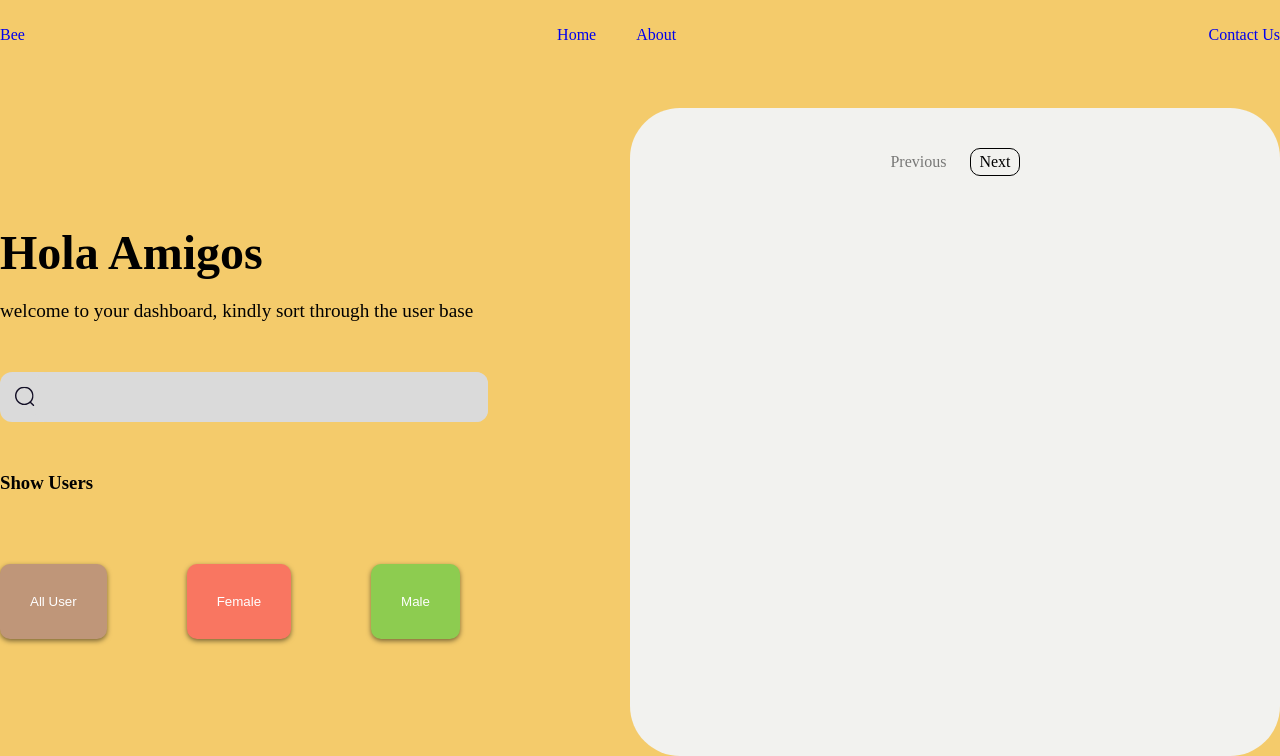
Repository: ble-syn/Random-user-generator-app
Page: /
These files come from the project's save history. The page is drawn as it stood at one moment and after the next save; the edit follows.
The browser window is 1280 px wide. The pictures show the whole page.
The page's requests for data from a server got no answer. The project was rebuilt for these pictures with package versions that can differ from the ones it lists, and the page was loaded fresh each time. No one was signed in, and anything a server would have sent is missing. Also part of the build but not shown: src/components/ErrorBoundaries.jsx, src/pages/About.jsx, src/pages/Policy.jsx, src/pages/Terms.jsx, src/pages/Contact.jsx, src/pages/NotFound.jsx.

Above is the page before, as saved 2022-10-27 23:49:49.

### src/index.css
*{
  margin: 0;
  padding: 0;
  box-sizing: border-box;
}
a {
  text-decoration: none;
}

body {
  background-color: #F4CB6B;
}
.container {
  width: 100%;
  max-width: 1300px;
  margin: 0 auto;

}

nav {
  display: flex;
  justify-content: space-between;
  margin: 2% 0 5%;
}
.menu {
  margin: 0 20px;
}

.home-container{
  display: flex;

  align-items: center;
}
/* LEFT STYLES */
#left {
  flex: 5;
}
#left h1 {
  font-size: 3rem;
  font-weight: 700;
  margin-bottom: 20px;
}
#left p {
  font-size: 1.2rem;
  margin-bottom: 20px;
}
.search-input {
  width: 80%;
  background-color: #dadada;
  border-radius: 12px;
  border: none;
  display: flex;
  place-items: center;
  padding-left: 15px;
  margin: 50px 0;
}
input {
  border: none;
  border-radius: 12px;
  background-color: inherit;
  width: 100%;
  height: 50px;
  padding-left: 5px;
  font-size: 20px;
}
input:focus {
  outline: none;
}
input::placeholder {
  color: #171717;
}
.user-link-cont {
  margin-top: 70px;
}
.user-link{
  margin-right: 80px;
  padding: 30px;
  border-radius: 10px;
  color: #FFF;
  cursor: pointer;
  border: none;
  box-shadow: 0px 2px 5px  rgba(0, 0, 0, 0.5);
}
.all-user {
  background-color: #BF9679;
}
.f-user{
  background-color: #F97661;
}
.m-user{
background-color: #8DCC50;
}

#right{
  height: 90vh;
  flex: 5;
  margin-left: 20px;
  background-color: #F2F2EF;
  border-radius: 50px;
  padding: 20px;
}

.usercard {
  background-color: #F2F2EF;
  border-radius: 20px;
  display: flex;
  justify-content: space-between;
  align-items: center;
  padding: 20px;
  margin: 20px 0;
  box-shadow: 0px 2px 5px  rgba(0, 0, 0, 0.5);
}

img {
 border: 5px solid#8DCC50;
  border-radius: 50%;
  margin: 5px 0;
}

.pagination {
  display: flex;
  justify-content: center;
  align-items: center;
  gap: 12px;
  margin: 20px 0;
}

.pagination-num {
  display: flex;
  justify-content: center;
  align-items: center;
  gap: 12px;
}

.pagination-child,
.prev,
.next {
  opacity: 1;
  border: 1px solid #000;
  padding: 4px 8px;
  cursor: pointer;
  border-radius: 10px;
  transition: all 0.3s ease;
}

.pagination-child:hover,
.prev:hover,
.next:hover {
  transform: scale(1.1);
}

.disabled {
  opacity: 0.5;
  cursor: not-allowed;
}

### src/App.js
import { BrowserRouter as Router, Routes, Route, Navigate} from "react-router-dom";
import Navbar from "./components/Navbar";
import Home from "./pages/Home";
import About from "./pages/About";
import Policy from "./pages/Policy";
import Terms from "./pages/Terms";
import Contact from "./pages/Contact";
import NotFound from "./pages/NotFound";

function App() {
  return (
    <div className="container">
      <Router>
      <Navbar />
        <Routes>
          <Route path="/" element={<Home />} />
          <Route path="/about" element={<About />}>
            <Route path="policy" element={<Policy />} />
            <Route path="terms" element={<Terms />} />
          </Route>
          <Route path="/contact" element={<Contact />} />
          <Route path="/not-found" element={<NotFound />} />
          <Route path="*" element={<Navigate to="/not-found" />} />
        </Routes>
      </Router>

    </div>
  );
}

export default App;

### src/components/Navbar.jsx
import React from "react";
import { Link } from "react-router-dom";

function Navbar() {
    return (
      <nav className="header">
        <div className="logo">
          <Link to="/">Bee</Link>
        </div>


        <div>
            <Link to="/" className="menu">Home</Link>

            <Link to="/about" className="menu">About</Link>
        </div>
        <div>
            <Link to="/contact">Contact Us</Link>
        </div>
      </nav>
    );
  }

export default Navbar;

### src/pages/Home.jsx
import { useState, useEffect } from "react";
import Pagination from "../components/pagination";
import ErrorBoundary from "../components/ErrorBoundaries";
import { ReactComponent as Search } from "../assets/Search.svg"
import User from "../components/User";


function Home() {
  const [users, setUsers] = useState([]);
  // const [loading, setLoading] = useState(true);

  const [currentPage, setCurrentPage] = useState(1);
  const [usersPerPage] = useState(4);

  // get users from the randomuser api
  useEffect(() => {
    const fetchUsers = async () => {
      const res = await fetch("https://randomuser.me/api/?results=20");
      const data = await res.json();
      setUsers(data.results);
      // setLoading(false);
    };

    fetchUsers();
  }, []);

  const female = async () => {
    const res = await fetch("https://randomuser.me/api/?results=20");
    const data = await res.json();
    setUsers(data.results.gender.female);
  };
  const male = async () => {
    const res = await fetch("https://randomuser.me/api/?results=20");
    const data = await res.json();
    setUsers(data.results.gender.female);
  };
  //   loading state
  // if (loading) {
  //   return <Spinner />;
  // }

  //   pagination logic
  const indexOfLastUser = currentPage * usersPerPage;
  const indexOfFirstUser = indexOfLastUser - usersPerPage;
  const currentUsers = users.slice(indexOfFirstUser, indexOfLastUser);
  const numberOfPages = Math.ceil(users.length / usersPerPage);

  return (
    <div className="home-container">
      <div id="left">
        <h1>Hola Amigos</h1>
        <p>welcome to your dashboard, kindly sort through the user base</p>
        <form action="" className="search-input">
          <Search />
          <input type="text" name="" id="" />
        </form>
        <h3>Show Users</h3>
        <div className="user-link-cont">
        <button
        type="button"
        className="user-link all-user"
      >
        All User
      </button>
      <button
        type="button"
        className="user-link f-user"
        onClick={female}
      >
        Female
      </button>

      <button
        type="button"
        className="user-link m-user"
        onClick={male}
      >
        Male
      </button>
        </div>
      </div>


      <div id="right">
        <ErrorBoundary>
            <User currentUsers={currentUsers} />
          </ErrorBoundary>
          <ErrorBoundary>
            <Pagination
              numberOfPages={numberOfPages}
              currentPage={currentPage}
              setCurrentPage={setCurrentPage}
            />
        </ErrorBoundary>
      </div>
    </div>
  );
}

export default Home;

### src/components/pagination.jsx
import { useState, useEffect } from "react";

function Pagination({ numberOfPages, currentPage, setCurrentPage }) {
  const [disabledPrev, setDisabledPrev] = useState(true);
  const [disabledNext, setDisabledNext] = useState(true);

  const pageNum = [...Array(numberOfPages + 1).keys()].slice(1);

  const prevPage = () => {
    if (currentPage !== 1) {
      setCurrentPage(currentPage - 1);
    }
  };

  const nextPage = () => {
    if (currentPage !== numberOfPages) {
      setCurrentPage(currentPage + 1);
    }
  };

  useEffect(() => {
    if (currentPage > 1) {
      setDisabledPrev(false);
    } else {
      setDisabledPrev(true);
    }

    if (currentPage === numberOfPages) {
      setDisabledNext(true);
    } else {
      setDisabledNext(false);
    }
  }, [currentPage, numberOfPages]);

  return (
    <div>
      <section className="pagination">
        <div className={disabledPrev ? "disabled" : "prev"}>
          <p onClick={prevPage}>Previous</p>
        </div>
        <div className="pagination-num">
          {pageNum.map((num) => (
            <div key={num}>
              <p
                onClick={() => setCurrentPage(num)}
                className="pagination-child"
              >
                {num}
              </p>
            </div>
          ))}
        </div>
        <div className={disabledNext ? "disabled" : "next"}>
          <p onClick={nextPage}>Next</p>
        </div>
      </section>
    </div>
  );
}

export default Pagination;

### src/components/User.jsx
import React from "react";

function User({ currentUsers }) {
  return (
    <div className="">
      {currentUsers.map((user) => (
        <div key={user.login.uuid} className="usercard">
          <img src={user.picture.medium} alt={user.name.first} />
          <div>
             <h3>
              {user.name.first} {user.name.last}
            </h3>
            <p>{user.email}</p>
            <p>
              {user.location.city}, {user.location.country}
            </p>
          </div>
          <div>
            <p>{user.cell}</p>
          </div>

        </div>
      ))}
    </div>
  );
}

export default User;

Loaded but not shown: public/index.html (common file); src/index.js (common file); src/reportWebVitals.js (common file)

After the next save:
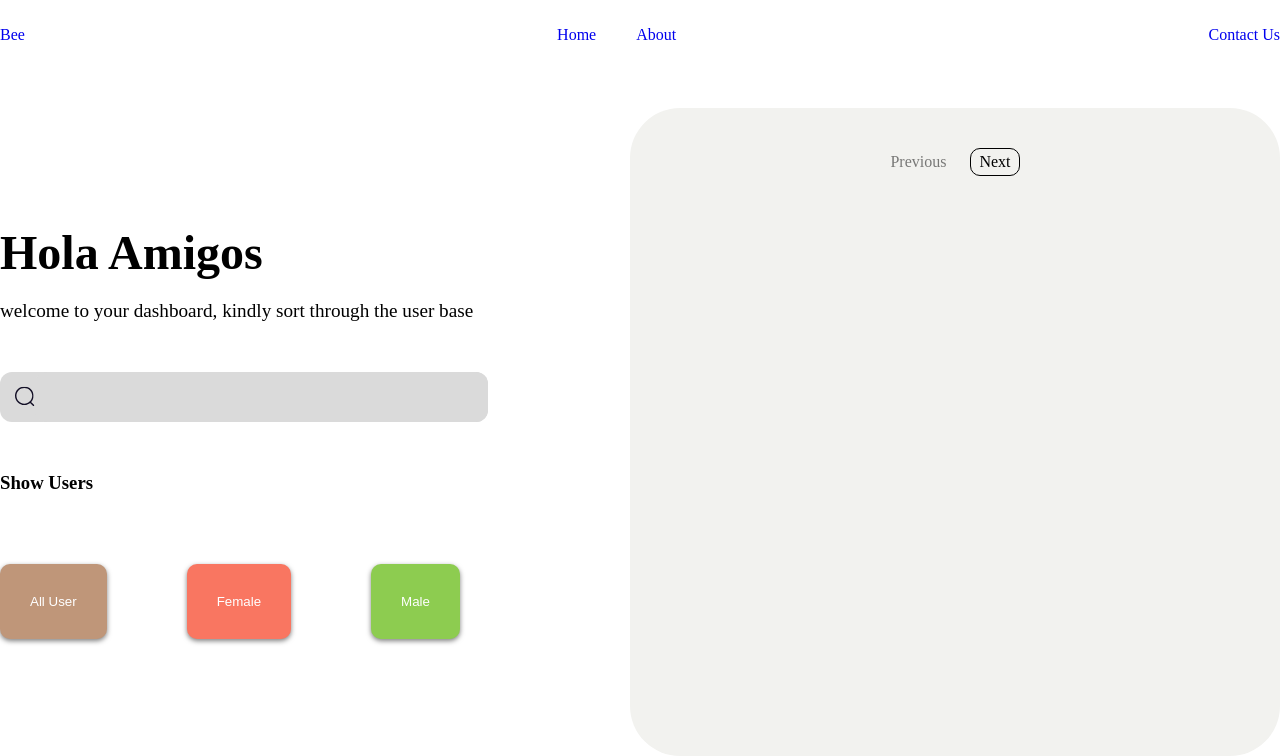
Saved 27 min 47 s later.
--- a/src/index.css
+++ b/src/index.css
@@ -8,7 +8,7 @@ a {
 }
 
 body {
-  background-color: #F4CB6B;
+
 }
 .container {
   width: 100%;
